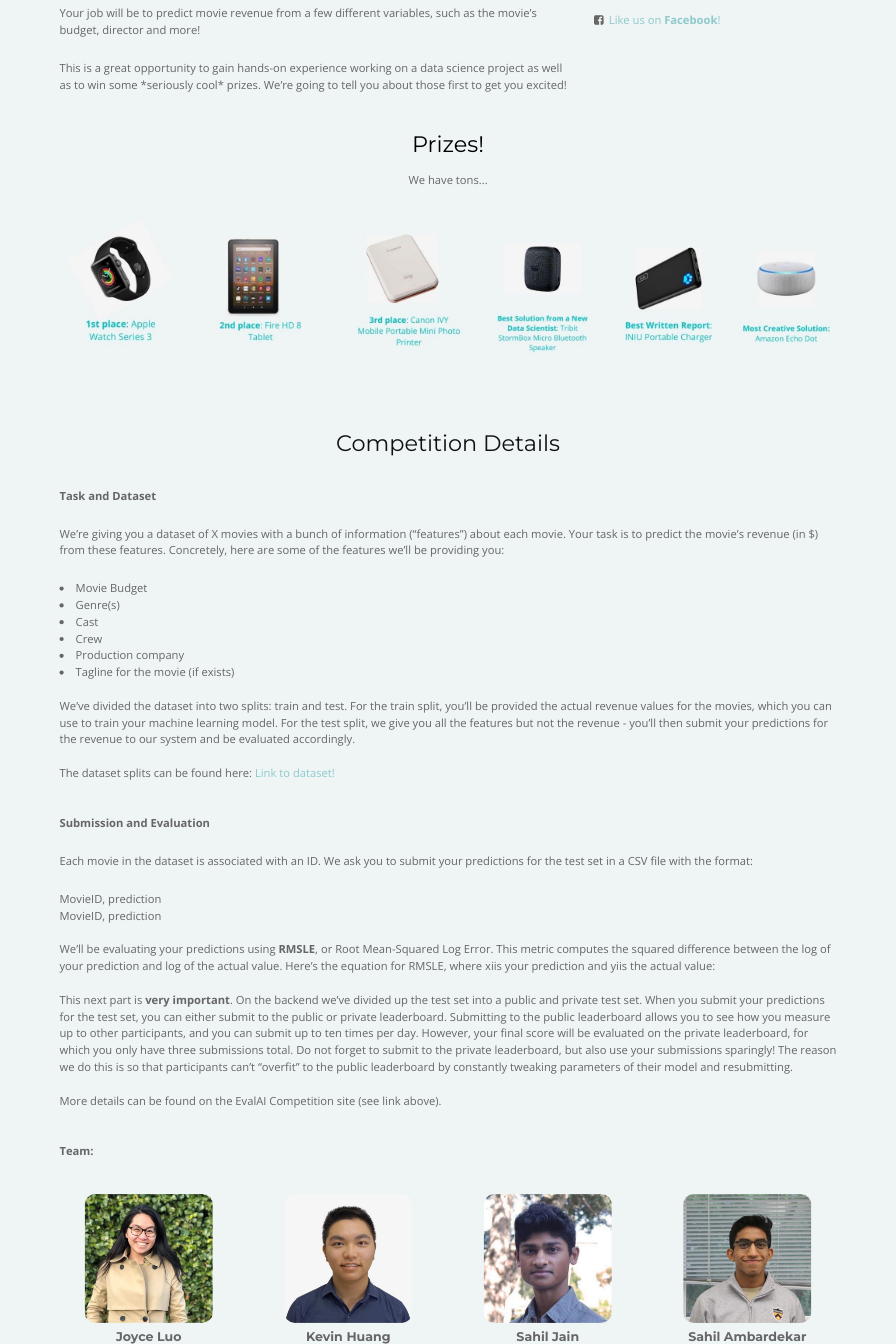
Repository: princetonds/princetonds.github.io
Page: competition.html
These files come from the project's save history. The page is drawn as it stood at one moment and after the next save; the edit follows.
The browser window is 1280 px wide. The pictures show the part of the page from y = 517 to 2437 px (the page is 3441 px tall before and 3387 px after), at 70% of full size.

Above is the page before, as saved 2021-03-21 15:23:34.
Console error: TypeError: Cannot read properties of null (reading 'innerHTML')

### competition.html
<!DOCTYPE html>
<html lang="en">
<head>
  <meta charset="utf-8">
  <title>Princeton Data Science (PDS)</title>
  <meta content="width=device-width, initial-scale=1.0" name="viewport">
  <meta content="" name="keywords">
  <meta content="" name="description">

  <!-- Favicons (created with http://realfavicongenerator.net/)-->
  <link rel="apple-touch-icon" sizes="180x180" href="/img/favicons/apple-touch-icon.png">
  <link rel="icon" type="image/png" href="/img/favicons/favicon-32x32.png" sizes="32x32">
  <link rel="icon" type="image/png" href="/img/favicons/favicon-16x16.png" sizes="16x16">
  <link rel="manifest" href="/img/favicons/manifest.json">
  <link rel="mask-icon" href="/img/favicons/safari-pinned-tab.svg" color="#49acad">
  <link rel="shortcut icon" href="/img/favicons/favicon.ico">
  <meta name="msapplication-config" content="/img/favicons/browserconfig.xml">
  <meta name="theme-color" content="#ffffff">

  <!-- Facebook Graph tags -->
  <meta property="og:url" content="https://princetonds.io" />
  <meta property="og:site_name" content="princetonds.io" />
  <meta property="og:title" content="Princeton Data Science (PDS)" />
  <meta name="og:description" content="Princeton Data Science (PDS) was founded in 2014-2015 to promote the practice and study of data science, a growing field that spans many disciplines such as statistics, machine learning, computer science, and business analytics." />
  <meta property="og:image" content="https://princetonds.io/img/500px_square_logo.png" />

  <!-- Google Fonts -->
  <link href="https://fonts.googleapis.com/css?family=Montserrat:300,400,500,700|Open+Sans:300,400,700" rel="stylesheet">

  <!-- Bootstrap CSS File -->
  <link href="lib/bootstrap/css/bootstrap.min.css" rel="stylesheet">

  <!-- Libraries CSS Files -->
  <link href="lib/animate/animate.min.css" rel="stylesheet">
  <link href="lib/font-awesome/css/font-awesome.min.css" rel="stylesheet">
  <link href="lib/magnific-popup/magnific-popup.css" rel="stylesheet">

  <!-- Main Stylesheet File -->
  <link href="css/style.css" rel="stylesheet">
  <link href="css/new.css" rel="stylesheet">
</head>

<body>

  <!--==========================
    Header
  ============================-->
  <header id="header">
    <div class="container">

      <div id="logo" class="pull-left">
        <h1><a href="#teamintro" class="scrollto"><img class="navbar-logo" src="img/inverted-logo.svg"></a></h1>
     </div>

      <nav id="nav-menu-container">
        <ul class="nav-menu">
          <li class="menu-active"><a href="https://princetonds.io">Programs</a></li>
          <li><a href="team.html">Team</a></li>
          <li><a href="media/sponsorship.pdf">Sponsorship</a></li>
          <li><a href="#contact">Contact Us</a></li>
          <li><a href="#competition.html">Competition</a></li>
        </ul>
      </nav><!-- #nav-menu-container -->
    </div>
  </header><!-- #header -->

  <!--==========================
    Intro Section
  ============================-->

  <!--==========================
    Intro Section
  ============================-->
  <section id="teamintro">
    <!-- <div class="team-intro-text">
      <h3>Our Team</h3>
    </div> -->
  </section>


  <!-- #intro -->


  <main id="main">


    <!--==========================
      Our Team Section
    ============================-->
    <section id="team" class="section-bg">
      <div class="container">
          <!-- <h3 class="section-title">Princeton Data Bowl</h3> -->
              <!-- <p style="text-align:center;">Enter team description here...</p> -->
              <div class="member3">
                <div class="pic"><img src="img/competition/logo.jpg" alt=""></div>
              </div>

          <!-- <span class="section-divider"></span> -->
        </div>
      </div>

    <!--==========================
      Contact Section
    ============================-->
      <div class="container">
        <br>
        <br>
        <div class="row wow fadeInUp">
          <div class="col-lg-8 col-md-6">
            <label style="font-size: 50"><strong>A data science competition exclusively for Princeton students!</strong></label>
            <br>
            <p>
               Your job will be to predict movie revenue from a few different variables, such as the movie’s budget, director </li>
              and more!
              <br>
              <p>   This is a great opportunity to gain hands-on experience working on a data science project as well as to win some *seriously cool* prizes. We’re going to tell you about those first to get you excited!</p>
          </div>
          <div class="col-lg-4 col-md-6 links">
            <p><i class="fa fa-external-link fa-fw"></i>   <a href="https://eval.ai/web/challenges/challenge-page/871/overview">Link to the Challenge!</a>
            </p>
            <p><i class="fa fa-facebook-square fa-fw"></i> <a href="https://www.facebook.com/princetonds" class="facebook">Like us on <strong>Facebook</strong>!</a></p>
          </div>
        </div>
      </div>


    <div class="container">
      <div class="section-header">
        <!-- <h3 class="section-title">Princeton Data Bowl</h3> -->
            <br>
            <h2 style="text-align:center; color:black">Prizes!</h2>
            <p style="text-align:center;">We have tons...</p>
            <div class="member3">
              <div class="pic"><img src="img/competition/prizes.jpg" alt=""></div>
            </div>

        <!-- <span class="section-divider"></span> -->
      </div>
    </div>

<br>
<br>
    <div class="container">
      <div class="section-header">
        <h3 class="section-title">Competition Details</h3>
            <br>
            <p><strong>Task and Dataset</strong></p>
            <p>
              We’re giving you a dataset of X movies with a bunch of information (“features”) about each movie. Your task is to predict the movie’s revenue (in $) from these features. Concretely, here are some of the features we’ll be providing you:
            </p>
              <li> Movie Budget </li>
              <li> Genre(s) </li>
              <li> Cast </li>
              <li> Crew </li>
              <li> Production company </li>
              <li> Tagline for the movie (if exists)</li>
              <br>
              We’ve divided the dataset into two splits: train and test. For the train split, you’ll be provided the actual revenue values for the movies, which you can use to train your machine learning model. For the test split, we give you all the features but not the revenue - you’ll then submit your predictions for the revenue to our system and be evaluated accordingly.
              <br>
              <br>
              The dataset splits can be found here: <a href="https://github.com/princetonds/PDS-Movie-Competition">Link to dataset!</a>

              <br>
            <br>
        <!-- <span class="section-divider"></span> -->
      </div>
    </div>
    <div class="container">
      <div class="section-header">
            <br>
            <p><strong>Submission and Evaluation</strong></p>
            <p>
              Each movie in the dataset is associated with an ID. We ask you to submit your predictions for the test set in a CSV file with the format:
            </p>
            MovieID, prediction
            <br>
            MovieID, prediction
              <br>
            <br>
            We’ll be evaluating your predictions using <strong>RMSLE</strong>, or Root Mean-Squared Log Error. This metric computes the squared difference between the log of your prediction and log of the actual value. Here’s the equation for RMSLE, where xiis your prediction and yiis the actual value:
            <br>
            <br>
            This next part is <strong>very important</strong>. On the backend we’ve divided up the test set into a public and private test set. When you submit your predictions for the test set, you can either submit to the public or private leaderboard. Submitting to the public leaderboard allows you to see how you measure up to other participants, and you can submit up to ten times per day. However, your final score will be evaluated on the private leaderboard, for which you only have three submissions total. Do not forget to submit to the private leaderboard, but also use your submissions sparingly! The reason we do this is so that participants can’t “overfit” to the public leaderboard by constantly tweaking parameters of their model and resubmitting.
            <br>
            <br>
            More details can be found on the EvalAI Competition site (see link above).
            <br>
            <!-- <span class="section-divider"></span> -->
      </div>
    </div>
    <br>
    <div class="container">
      <div class="section-header">
            <br>
            <p><strong>Team:</strong></p>
            <div class="row wow fadeInUp">
              <div class="col-lg-3 col-md-3">
                <h2 style="text-align:center; color:black"></h2>
                <!-- <p style="text-align:center;">Enter team description here...</p> -->
                <div class="member2">
                  <div class="pic"><img src="img/team/joyce.jpg" alt=""></div>
                  <h4>Joyce Luo</h4>
                  <!-- <div class="social">
                    <p class="profile-description">.</p>
                  </div> -->
                </div>

                <div class="member2">
                  <div class="pic"><img src="img/team/ellie.jpg" alt=""></div>
                  <h4>Ellie Bae</h4>
                  <!-- <div class="social">
                    <p class="profile-description">.</p>
                  </div> -->
                </div>


              </div>
              <div class="col-lg-3 col-md-3">
                <h2 style="text-align:center; color: Black"></h2>
                <!-- <p style="text-align:center;">Enter team description here...</p> -->
                <div class="member2">
                  <div class="pic"><img src="img/team/kevin.jpg" alt=""></div>
                  <h4>Kevin Huang</h4>
                  <!-- <div class="social">
                    <p class="profile-description">.</p>
                  </div> -->
                </div>

                <div class="member2">
                  <div class="pic"><img src="img/team/nab.jpg" alt=""></div>
                  <h4>Nabhonil Kar</h4>
                  <!-- <div class="social">
                    <p class="profile-description">.</p>
                  </div> -->
                </div>




              </div>
              <div class="col-lg-3 col-md-3">
                <h2 style="text-align:center; color: Black"></h2>
                <!-- <p style="text-align:center;">Enter team description here...</p> -->
                <div class="member2">
                  <div class="pic"><img src="img/team/sahil.jpg" alt=""></div>
                  <h4>Sahil Jain</h4>
                  <!-- <div class="social">
                    <p class="profile-description">.</p>
                  </div> -->
                </div>

                <div class="member2">
                  <div class="pic"><img src="img/team/neil.jpg" alt=""></div>
                  <h4>Neil Hazra</h4>
                  <!-- <div class="social">
                    <p class="profile-description">.</p>
                  </div> -->
                </div>


              </div>
              <div class="col-lg-3 col-md-3">
                <h2 style="text-align:center; color: Black"></h2>
                <!-- <p style="text-align:center;">Enter team description here...</p> -->
                <div class="member2">
                  <div class="pic"><img src="img/team/sahila.jpg" alt=""></div>
                  <h4>Sahil Ambardekar</h4>
                  <!-- <div class="social">
                    <p class="profile-description">.</p>
                  </div> -->
                </div>

                <div class="member2">
                  <div class="pic"><img src="img/team/arjun.jpg" alt=""></div>
                  <h4>Arjun Mani</h4>
                  <!-- <div class="social">
                    <p class="profile-description">.</p>
                  </div> -->
                </div>


              </div>


      </div>
    </div>


<br>
<br>


    <section id="sponsors">
      <div class="container">
        <h3 class="text-center sponsor-title">
          Our generous sponsor:
        </h3>
          <div class="text-center">
            <img src="img/sponsors/csml.jpg" alt="">
          </div>
        </div>
      </div>
    </section><!-- #more-features -->



    </section><!-- #team -->

    <!--==========================
      Contact Section
    ============================-->
    <section id="contact">
      <div class="container">
        <div class="row wow fadeInUp">
          <div class="contact-about">
            <div class="col-lg-12 col-md-12">
              <h3>Contact Us</h3>
            </div>
          </div>
        </div>

        <div class="row wow fadeInUp">
          <div class="col-lg-8 col-md-6">
            <p>Please do note that Princeton Data Science is a student organization and not a university department. Consequently, we do not sponsor PhD or Masters students.</p>
          </div>
          <div class="col-lg-4 col-md-6 links">
            <p><i class="fa fa-envelope fa-fw"></i> hello [at] princetonds.io</p>
            <p><i class="fa fa-facebook-square fa-fw"></i> <a href="https://www.facebook.com/princetonds" class="facebook">Like us on <strong>Facebook</strong>!</a></p>
          </div>
        </div>
      </div>
    </section><!-- #contact -->

  </main>

  <!--==========================
    Footer
  ============================-->
  <footer id="footer">
    <div class="container">
      <div class="row">
        <div class="col-lg-6 text-lg-left text-center">
          <div class="copyright">
            &copy; Copyright <strong>Princeton Data Science</strong>. Made by <a href="https://jisungkim.com">Ji-Sung Kim</a>.
          </div>
          <div class="credits">
          </div>
        </div>
        <div class="col-lg-6">
          <nav class="footer-links text-lg-right text-center pt-2 pt-lg-0">
            <a href="#programs" class="scrollto">Programs</a>
            <a href="#team" class="scrollto">Team</a>
            <a href="media/sponsorship.pdf">Sponsorship</a>
          </nav>
        </div>
      </div>
    </div>
  </footer><!-- #footer -->

  <a href="#" class="back-to-top"><i class="fa fa-chevron-up"></i></a>

  <!-- JavaScript Libraries -->
  <script src="lib/jquery/jquery.min.js"></script>
  <script src="lib/jquery/jquery-migrate.min.js"></script>
  <script src="lib/bootstrap/js/bootstrap.bundle.min.js"></script>
  <script src="lib/easing/easing.min.js"></script>
  <script src="lib/wow/wow.min.js"></script>
  <script src="lib/superfish/hoverIntent.js"></script>
  <script src="lib/superfish/superfish.min.js"></script>
  <script src="lib/magnific-popup/magnific-popup.min.js"></script>

  <!-- Template Main Javascript File -->
  <script src="js/main.js"></script>
  <script src="js/typewriter.js"></script>

</body>
</html>

### css/new.css
.program {
    padding: 40px;
}

.program h3 {
    color: black;
    font-weight: 700;
    font-family: "Open Sans";
}

.section {
    padding-top: 100px;
}


#programs {
    padding: 60px 0;
}

#clients {
    padding: 60px 0;
}

.sponsor-title {
    padding-bottom: 15px;
}

.profile-description {
    font-size: 14px;
}

.arjun {
    font-size: 15px !important;
    line-height: 22px;
}

.links p {
    line-height: 12px;
}

.presidents {
    color: #999999;
    font-size: 16px;
}

Loaded but not shown: lib/bootstrap/css/bootstrap.min.css (library); lib/animate/animate.min.css (library); lib/font-awesome/css/font-awesome.min.css (library); lib/magnific-popup/magnific-popup.css (library); lib/jquery/jquery.min.js (library); lib/jquery/jquery-migrate.min.js (library); lib/bootstrap/js/bootstrap.bundle.min.js (library); lib/easing/easing.min.js (common file); lib/wow/wow.min.js (library); lib/superfish/hoverIntent.js (library); lib/superfish/superfish.min.js (library); lib/magnific-popup/magnific-popup.min.js (library); js/main.js (125 lines, source omitted); js/typewriter.js (28 lines, source omitted); css/style.css (1350 lines, source omitted)

After the next save:
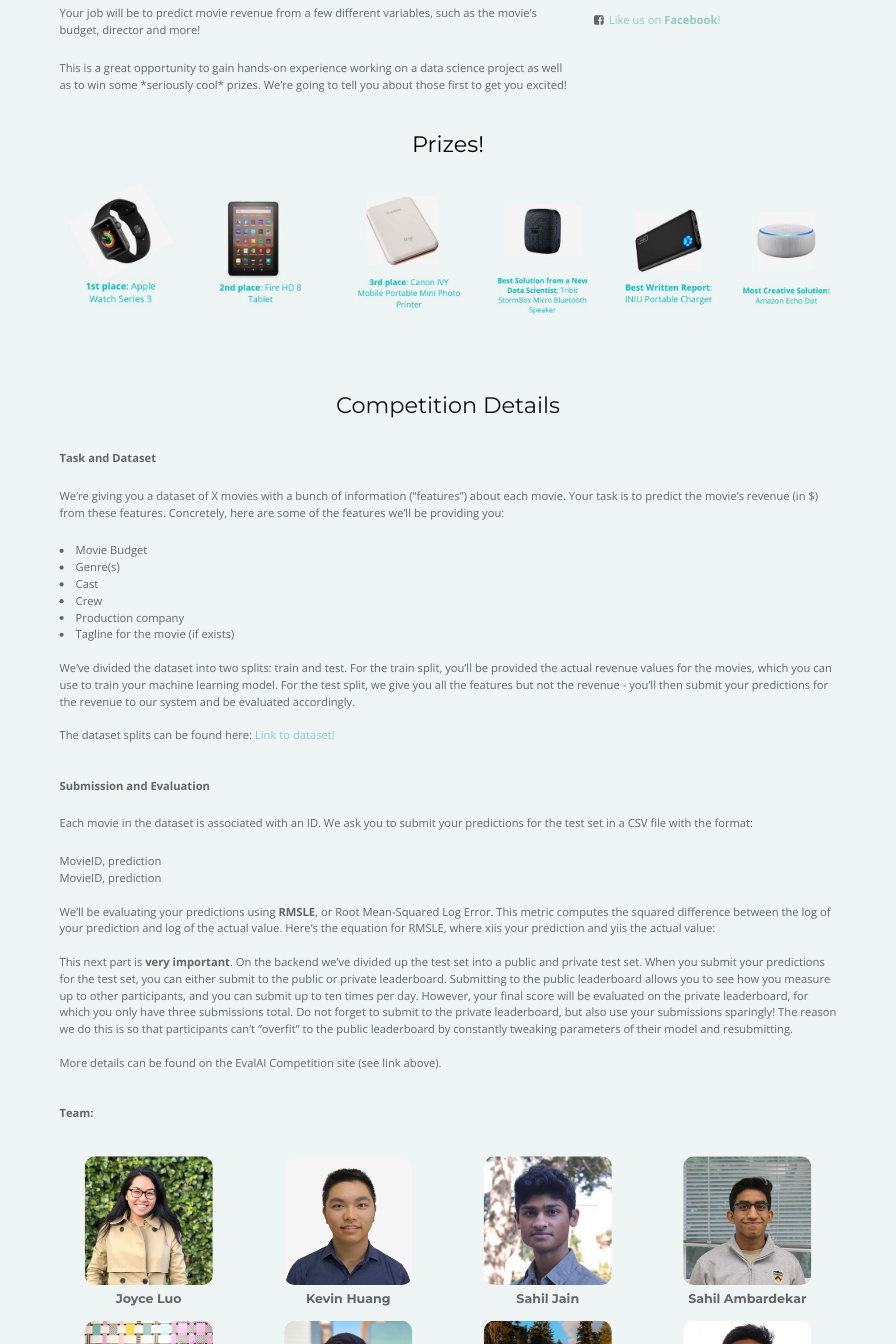
Saved 96 s later.
--- a/competition.html
+++ b/competition.html
@@ -129,7 +129,6 @@
         <!-- <h3 class="section-title">Princeton Data Bowl</h3> -->
             <br>
             <h2 style="text-align:center; color:black">Prizes!</h2>
-            <p style="text-align:center;">We have tons...</p>
             <div class="member3">
               <div class="pic"><img src="img/competition/prizes.jpg" alt=""></div>
             </div>
